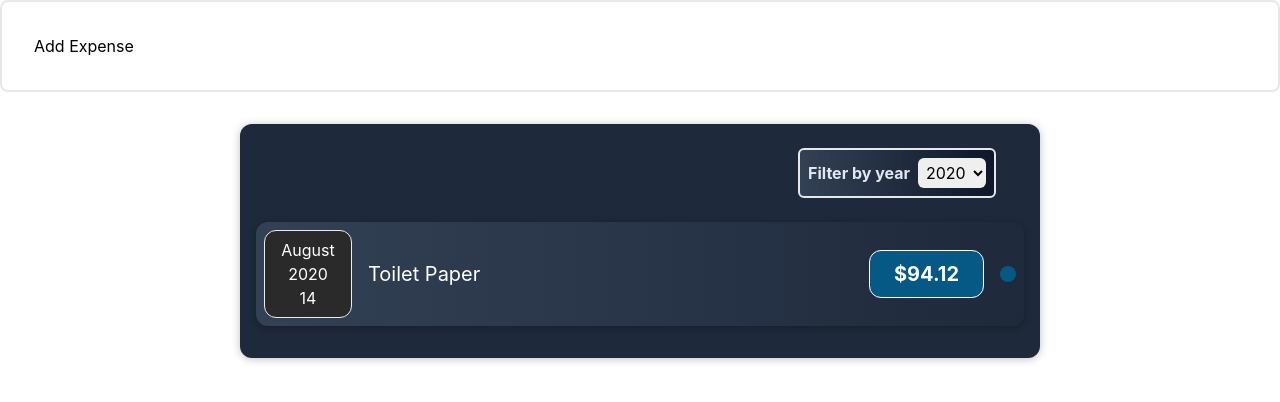
Repository: Sef24/expense-tracker
Page: /
The author's editor kept a copy of each file at every save. The page is drawn from the files as they stood at one save, then again after the next save.
The browser window is 1280 px wide. The pictures show the whole page.
The project was rebuilt for these pictures with package versions that can differ from the ones it lists, and the page was loaded fresh each time. Also part of the build but not shown: src/components/NewExpense/NewExpense.css, src/components/NewExpense/ExpenseForm.css, src/components/NewExpense/ExpenseForm.js.

Above is the page before, as saved 2022-05-03 16:31:41.

### public/index.html
<!DOCTYPE html>
<html lang="en">
  <head>
    <meta charset="utf-8" />
    <link rel="icon" href="%PUBLIC_URL%/favicon.ico" />
    <meta name="viewport" content="width=device-width, initial-scale=1" />

    <meta
      name="description"
      content="Web site created using create-react-app"
    />
    <link rel="apple-touch-icon" href="%PUBLIC_URL%/logo192.png" />
    <!--
      manifest.json provides metadata used when your web app is installed on a
      user's mobile device or desktop. See https://developers.google.com/web/fundamentals/web-app-manifest/
    -->
    <link rel="manifest" href="%PUBLIC_URL%/manifest.json" />
    <!--
      Notice the use of %PUBLIC_URL% in the tags above.
      It will be replaced with the URL of the `public` folder during the build.
      Only files inside the `public` folder can be referenced from the HTML.

      Unlike "/favicon.ico" or "favicon.ico", "%PUBLIC_URL%/favicon.ico" will
      work correctly both with client-side routing and a non-root public URL.
      Learn how to configure a non-root public URL by running `npm run build`.
    -->
    <title>React App</title>
  </head>
  <body>
    <noscript>You need to enable JavaScript to run this app.</noscript>
    <div id="root"></div>
    <!--
      This HTML file is a template.
      If you open it directly in the browser, you will see an empty page.

      You can add webfonts, meta tags, or analytics to this file.
      The build step will place the bundled scripts into the <body> tag.

      To begin the development, run `npm start` or `yarn start`.
      To create a production bundle, use `npm run build` or `yarn build`.
    -->
  </body>
</html>

### src/App.js
import Expenses from "./components/Expenses";
import NewExpense from "./components/NewExpense/NewExpense";
import { useState } from "react";

const DUMMY_DATA = [
  {
    id: "e1",
    title: "Toilet Paper",
    amount: 94.12,
    date: new Date(2020, 7, 14),
  },
  { id: "e2", title: "New TV", amount: 799.49, date: new Date(2021, 2, 12) },
  {
    id: "e3",
    title: "Car Insurance",
    amount: 294.67,
    date: new Date(2021, 2, 28),
  },
  {
    id: "e4",
    title: "New Desk (Wooden)",
    amount: 450,
    date: new Date(2021, 5, 12),
  },
];

function App() {
  const [expenses, setExpenses] = useState(DUMMY_DATA);

  const addExpenseHandler = (expense) => {
    setExpenses((prevExpenses) => {
      return [expense, ...prevExpenses];
    });
  };
  return (
    <div>
      <div>
        <NewExpense onAddExpense={addExpenseHandler} />
        <Expenses items={expenses} />
      </div>
    </div>
  );
}

export default App;

### src/components/Expenses.js
import React, { useState } from "react";
import ExpenseItem from "./ExpenseItem";
import "./Expenses.css";
import ExpensesList from "./ExpensesList";
import ExpensesFilter from "./NewExpense/ExpensesFilter";

function Expenses(props) {
  const [filteredYear, setFilteredYear] = useState("2020");

  const filterChangeHandler = (selectedYear) => {
    setFilteredYear(selectedYear);
  };

  const filteredExpenses = props.items.filter((expense) => {
    return expense.date.getFullYear().toString() === filteredYear;
  });

  return (
    <div>
      <div className="expenses  bg-slate-800 ... ">
        <ExpensesFilter
          selected={filteredYear}
          onChangeFilter={filterChangeHandler}
        />
        <ExpensesList items={filteredExpenses} />
      </div>
    </div>
  );
}

export default Expenses;

### src/components/NewExpense/NewExpense.js
import React from "react";
import "./NewExpense.css";
import ExpenseForm from "./ExpenseForm";
import { useState } from "react";

function NewExpense(props) {
  const [isEditing, setIsEditing] = useState(false);

  const saveExpenseDataHandler = (enteredExpenseData) => {
    const expenseData = {
      ...enteredExpenseData,
      id: Math.random().toString(),
    };

    props.onAddExpense(expenseData);
    setIsEditing(false);
  };

  const startEditingHandler = () => {
    setIsEditing(true);
  };

  const stopEditingHandler = () => {
    setIsEditing(false);
  };

  return (
    <div className="flex w-full p-6 items-center justify-center border-2 p-8 rounded-lg">
      {!isEditing && (
        <button
          onClick={startEditingHandler}
          className="flex w-full items-center "
        >
          Add Expense
        </button>
      )}
      {isEditing && (
        <ExpenseForm
          onSaveExpenseData={saveExpenseDataHandler}
          onCancel={stopEditingHandler}
        />
      )}
    </div>
  );
}

export default NewExpense;

### src/components/ExpenseItem.js
import React, { useState } from "react";
import "./ExpenseItem.css";
import ExpenseDate from "./ExpenseDate";

function ExpenseItem(props) {
  const [title, setTitle] = useState(props.title);

  const clickHandler = () => {
    setTitle("Updated");
    console.log(title);
  };

  return (
    <li>
      <div className="expense-item bg-gradient-to-r  from-slate-700  to-slate-800 ... border-x-cyan-100 ">
        <ExpenseDate date={props.date} />

        <div className="expense-item__description">
          <h2>{props.title}</h2>

          <div className="expense-item__price bg-sky-800">${props.amount}</div>
        </div>
        <button
          className="p-2 ml-4 border-transparent rounded-full border-0
        bg-sky-800 font-bold text-slate-50"
          onClick={clickHandler}
        ></button>
      </div>
    </li>
  );
}

export default ExpenseItem;

### src/components/Expenses.css
.expenses {
  padding: 1rem;

  margin: 2rem auto;
  width: 50rem;
  max-width: 95%;
  border-radius: 12px;
  box-shadow: 0 1px 8px rgba(0, 0, 0, 0.25);
}

### src/components/ExpensesList.js
import React from "react";

import ExpenseItem from "./ExpenseItem";

const ExpensesList = (props) => {
  if (props.items.length === 0) {
    return (
      <h2 className="text-white font-extrabold text-xl flex items-center justify-center">
        Found no expenses...
      </h2>
    );
  }

  return (
    <ul>
      {props.items.map((expense) => (
        <ExpenseItem
          key={expense.id}
          id={expense.id}
          title={expense.title}
          amount={expense.amount}
          date={expense.date}
        />
      ))}
    </ul>
  );
};

export default ExpensesList;

### src/components/NewExpense/ExpensesFilter.js
import React from "react";

const ExpensesFilter = (props) => {
  const dropdownChangeHandler = (event) => {
    props.onChangeFilter(event.target.value);
  };
  return (
    <div className="">
      <div className="flex justify-end p-2 mr-5 ">
        <div
          className="border-2  rounded-md border-inherit p-2 ml-6
        bg-gradient-to-r from-slate-700 to-slate-900 ..."
        >
          <label className="text-slate-200 font-bold mr-2">
            Filter by year
          </label>
          <select
            value={props.selected}
            onChange={dropdownChangeHandler}
            className="rounded-md p-1"
          >
            <option value="2022">2022</option>
            <option value="2021">2021</option>
            <option value="2020">2020</option>
            <option value="2019">2019</option>
          </select>
        </div>
      </div>
    </div>
  );
};

export default ExpensesFilter;

### src/components/ExpenseItem.css
.expense-item {
  display: flex;
  justify-content: space-between;
  align-items: center;
  box-shadow: 0 2px 8px rgba(0, 0, 0, 0.25);
  padding: 0.5rem;
  margin: 1rem 0;
  border-radius: 12px;
}

.expense-item__description {
  display: flex;
  flex-direction: column;
  gap: 1rem;
  align-items: flex-end;
  flex-flow: column-reverse;
  justify-content: flex-start;
  flex: 1;
}

.expense-item h2 {
  color: #3a3a3a;
  font-size: 1rem;
  flex: 1;
  margin: 0 1rem;
  color: white;
}

.expense-item__price {
  font-size: 1rem;
  font-weight: bold;
  color: white;

  border: 1px solid white;
  padding: 0.5rem;
  border-radius: 12px;
}

@media (min-width: 580px) {
  .expense-item__description {
    flex-direction: row;
    align-items: center;
    justify-content: flex-start;
    flex: 1;
  }

  .expense-item__description h2 {
    font-size: 1.25rem;
  }

  .expense-item__price {
    font-size: 1.25rem;
    padding: 0.5rem 1.5rem;
  }
}

### src/components/ExpenseDate.js
import React from "react";
import "./ExpenseDate.css";

function ExpenseDate(props) {
  const month = props.date.toLocaleString("en-US", { month: "long" });
  const day = props.date.getDate();
  const year = props.date.getFullYear();

  return (
    <div className="expense-date">
      <div className="expense__month">{month}</div>
      <div className="expense__year">{year}</div>
      <div className="expense__day">{day}</div>
    </div>
  );
}

export default ExpenseDate;

Loaded but not shown: src/index.js (common file); src/index.css (common file); src/components/ExpenseDate.css (common file); tailwind.config.js (common file)

After the next save:
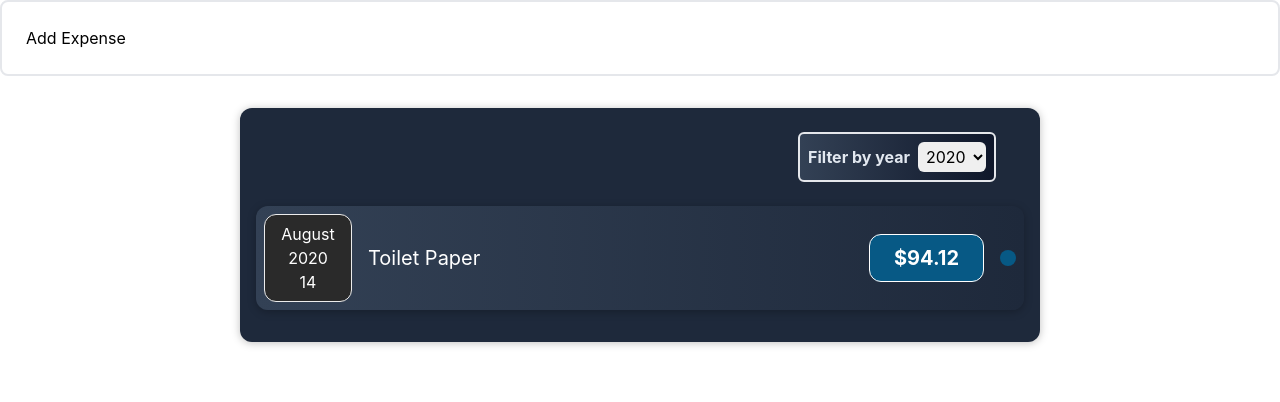
Saved 7 s later.
--- a/src/components/NewExpense/NewExpense.js
+++ b/src/components/NewExpense/NewExpense.js
@@ -25,7 +25,7 @@ function NewExpense(props) {
   };
 
   return (
-    <div className="flex w-full p-6 items-center justify-center border-2 p-8 rounded-lg">
+    <div className="flex w-full p-6 items-center justify-center border-2 rounded-lg">
       {!isEditing && (
         <button
           onClick={startEditingHandler}
